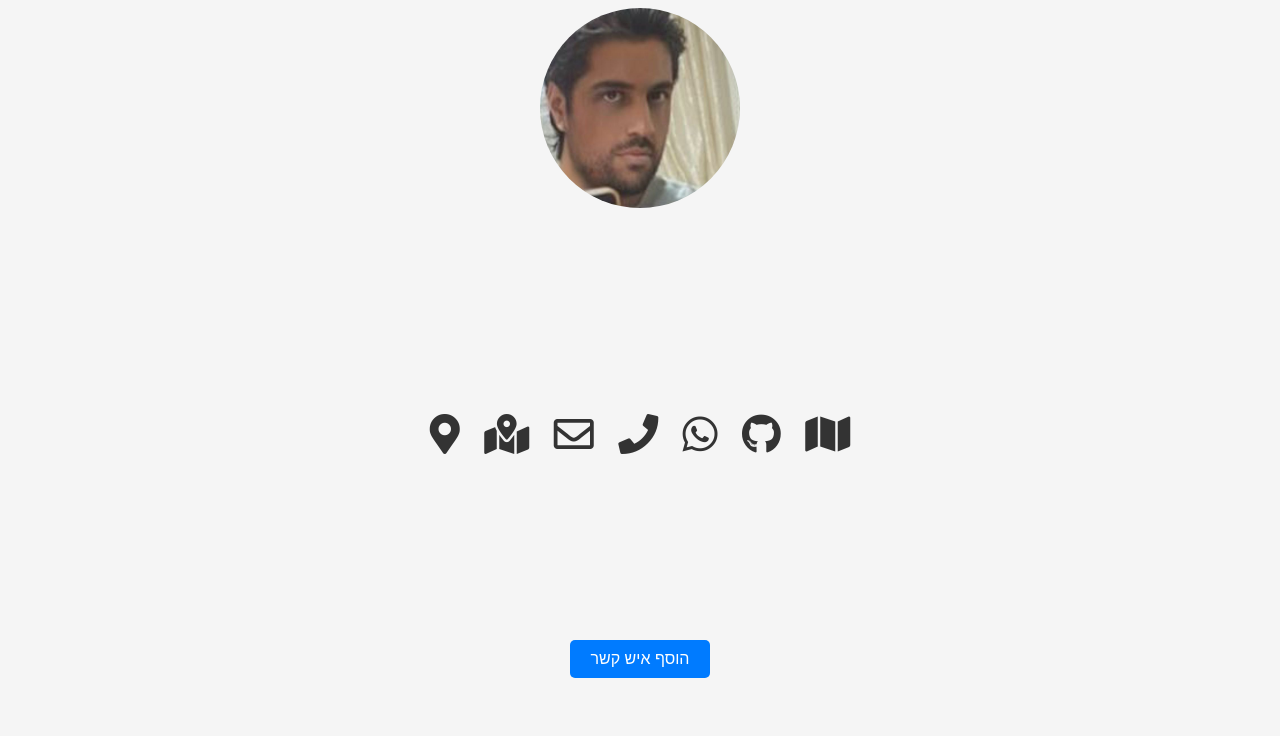
Repository: RL20/Business-Card
Page: index.html
An editor plug-in stored every save of this project. The page is shown before and after the next save, followed by the edit.
The browser window is 1280 px wide. The pictures show the whole page.

Above is the page before, as saved 2024-05-15 03:32:56.

After the next save:
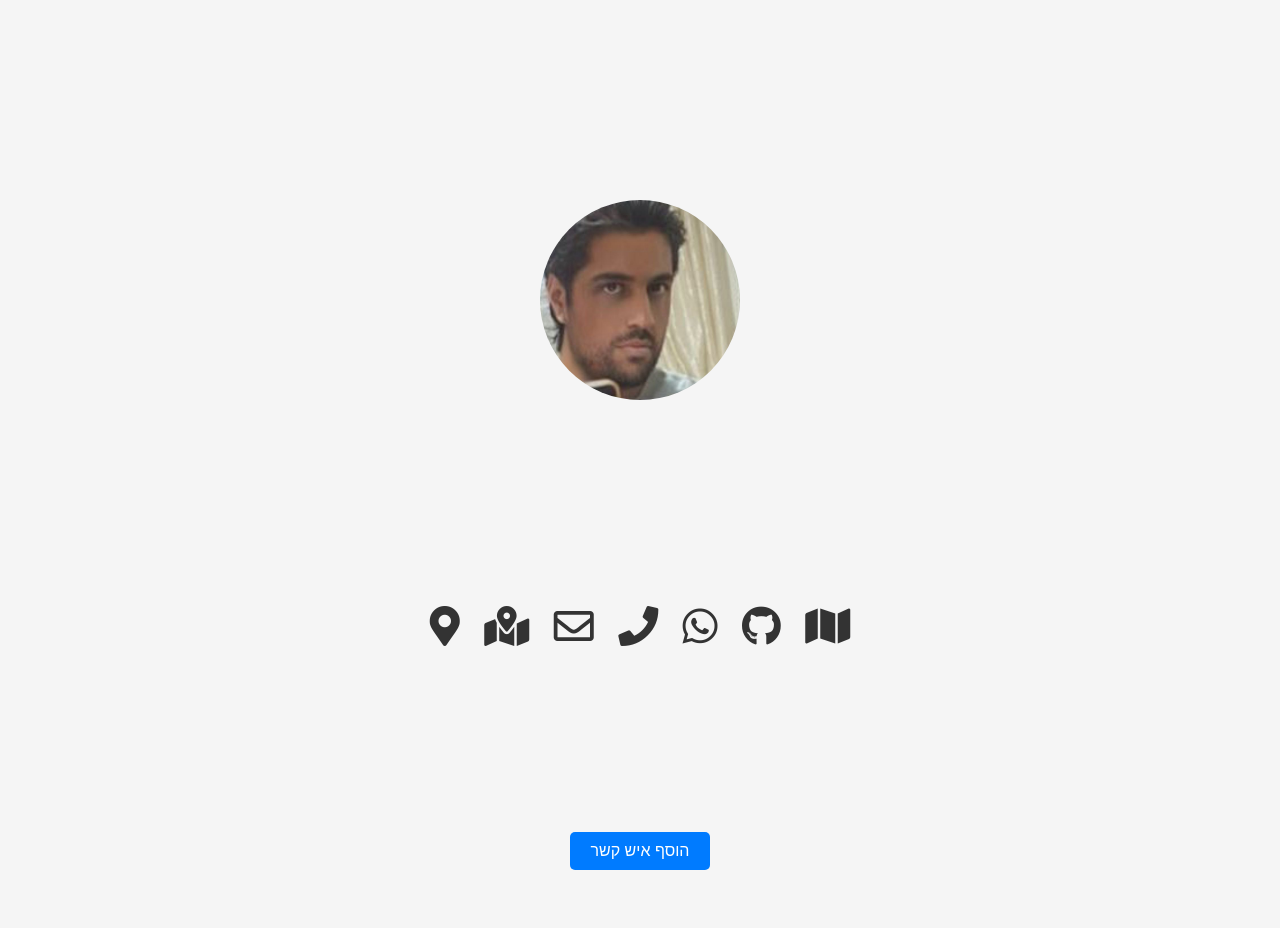
Saved 22 s later.
--- a/index.html
+++ b/index.html
@@ -8,7 +8,7 @@
     <style>
       body {
         font-family: Arial, sans-serif;
-        margin: 200;
+        margin-top: 200px;
         padding: 0;
         background-color: #f5f5f5;
         display: flex;
